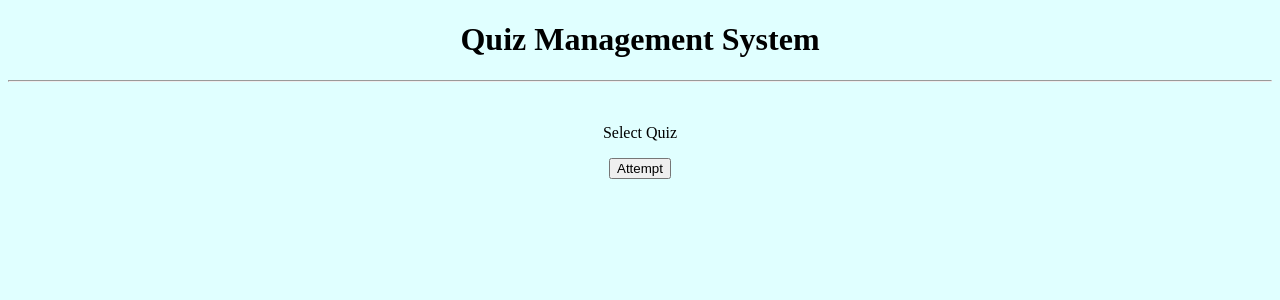
Repository: Rohitsenpai01/Quiz-Manangement-System
Page: http://localhost/WebQuizApp/quizlist.jsp
An editor plug-in stored every save of this project. The page is shown before and after the next save, followed by the edit.
The browser window is 1280 px wide. The pictures show the whole page.
The page is served by Tomcat 9. Queries for data that is not in the repository find no rows.

Above is the page before, as saved 2025-12-29 16:16:15.

After the next save:
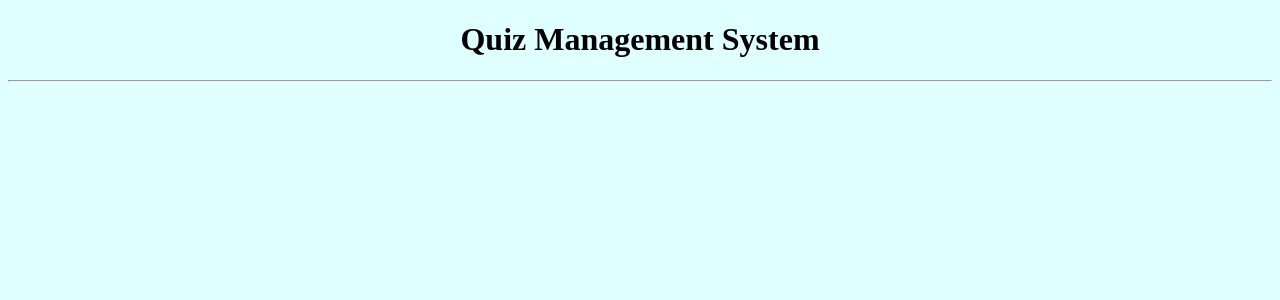
Saved 5 min 3 s later.
--- a/WebQuizApp/WebQuizApp/src/main/webapp/quizlist.jsp
+++ b/WebQuizApp/WebQuizApp/src/main/webapp/quizlist.jsp
@@ -5,20 +5,10 @@
 <html>
 <head>
 <meta charset="UTF-8">
-<title>Insert title here</title>
+<title>Quiz List</title>
 </head>
 <body bgcolor="${initParam.theme}">
 	<h1 style="text-align: center;">${initParam.appTitle}</h1><hr><br>
-	<jsp:useBean id="ql" class="com.app.beans.QuizListBean"/>
-	<div style="text-align: center;">
-		${ql.getQuizzes()}
-		<p>Select Quiz</p>
-		<form method="post" action="quizattempt.jsp">
-			<c:forEach var="q" items="${ql.quizList}">
-				<input type="radio" name="quiz" value="${q.quizId}">${q.title} - ${q.creator_id}<br>
-			</c:forEach>
-			<input type="submit" value="Attempt">
-		</form>
-	</div>
+
 </body>
 </html>
